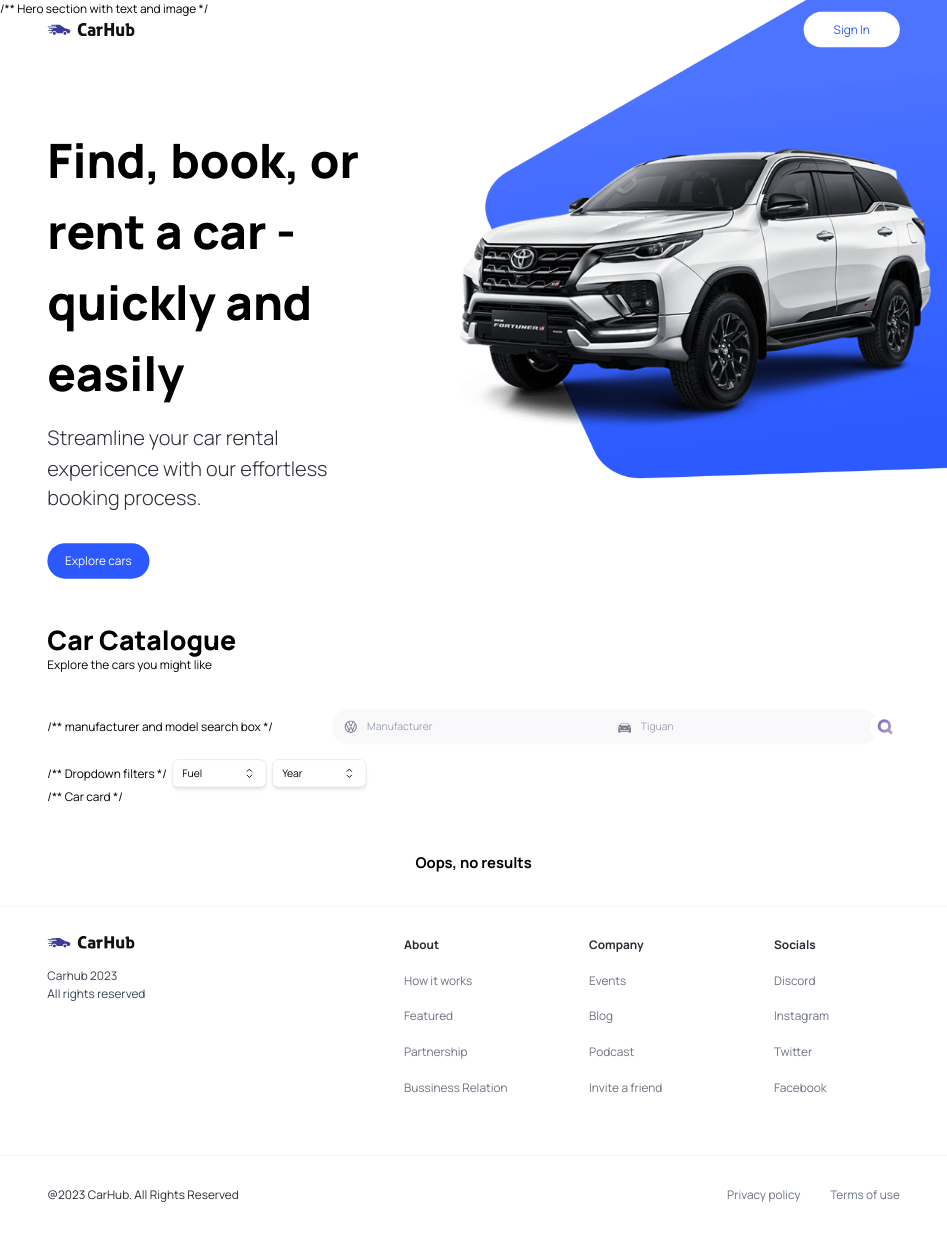
Repository: AmolPawar7181/CarHub
Page: /
The author's editor kept a copy of each file at every save. The page is drawn from the files as they stood at one save, then again after the next save.
The browser window is 1280 px wide. The pictures show the whole page, at 74% of full size.
The page's requests for data from a server got no answer. The project was rebuilt for these pictures with package versions that can differ from the ones it lists, and the page was loaded fresh each time. The framework's server and built-in components were replaced by stand-ins that run in the browser. No one was signed in, and anything a server would have sent is missing. Also part of the build but not shown: next.config.js, components/CarCard.tsx, components/CarDetails.tsx, components/ShowMore.tsx.

Above is the page before, as saved 2023-07-10 15:15:12.

### app/layout.tsx
import {Footer, Navbar} from '@/components';
import './globals.css';
import {Inter} from 'next/font/google';

const inter = Inter({subsets: ['latin']});

export const metadata = {
	title: 'Car Hub',
	description: 'Discover the best cars in the world.',
};

export default function RootLayout({children}: {children: React.ReactNode}) {
	return (
		<html lang='en'>
			<body className='relative'>
				<Navbar />
				{children}
				<Footer />
			</body>
		</html>
	);
}

### app/page.tsx
'use client';
import {CarCard, CustomFilter, Hero, SearchBar, ShowMore} from '@/components';
import {fuels, yearsOfProduction} from '@/constants';
import {fetchCars} from '@/utils';
import React, {useEffect, useState} from 'react';
import Image from 'next/image';
import {CarState} from '@/types';

export default function Home() {
	const [allCars, setAllCars] = useState<CarState>([]);
	const [loading, setLoading] = useState(false);
	// search states
	const [manufacturer, setManufacturer] = useState('');
	const [model, setModel] = useState('');

	// filter states
	const [fuel, setFuel] = useState('');
	const [year, setYear] = useState(2022);

	//pagination state
	const [limit, setLimit] = useState(10);

	// get cars from backend
	const getCars = async () => {
		setLoading(true);
		try {
			const result = await fetchCars({
				manufacturer: manufacturer || '',
				year: year || 2022,
				fuel: fuel || '',
				limit: limit || 10,
				model: model || '',
			});
			setAllCars(result);
		} catch (e) {
			console.log('error ', e);
		} finally {
			setLoading(false);
		}
	};

	useEffect(() => {
		getCars();
	}, [fuel, year, limit, manufacturer, model]);

	return (
		<main className='overflow-hidden'>
			/** Hero section with text and image */
			<Hero />
			<div className='mt-12 padding-x padding-y max-width' id='discover'>
				<div className='gome__text-container'>
					<h1 className='text-4xl font-extrabold'>Car Catalogue</h1>
					<p>Explore the cars you might like</p>
				</div>
				<div className='home__filters'>
					/** manufacturer and model search box */
					<SearchBar setManufacturer={setManufacturer} setModel={setModel} />
					<div className='home__filter-container'>
						/** Dropdown filters */
						<CustomFilter options={fuels} setFilter={setFuel} />
						<CustomFilter options={yearsOfProduction} setFilter={setYear} />
					</div>
				</div>
				/** Car card */
				{allCars.length > 0 ? (
					<section>
						<div className='home__cars-wrapper'>
							{allCars?.map((car, index) => (
								<CarCard car={car} key={car.model + index} />
							))}
						</div>
						{loading && (
							<div className='mt-16 w-full flex-center'>
								<Image
									src='/loader.svg'
									alt='loader'
									width={50}
									height={50}
									className='object-contain'
								/>
							</div>
						)}
						/* show more car button */
						<ShowMore
							pageNumber={limit / 10}
							isNext={limit > allCars.length}
							setLimit={setLimit}
						/>
					</section>
				) : (
					<div className='home__error-container'>
						<h2 className='text-black text-xl font-bold'>Oops, no results</h2>
						<p>{allCars?.message}</p>
					</div>
				)}
			</div>
		</main>
	);
}

### components/index.tsx
import Hero from './Hero';
import CustomButton from './CustomButton';
import Navbar from './Narbar';
import Footer from './Footer';
import SearchBar from './SearchBar';
import CustomFilter from './CustomFilter';
import SearchManufacturer from './SearchManufacturer';
import CarCard from './CarCard';
import CarDetails from './CarDetails';
import ShowMore from './ShowMore';

export {
	Hero,
	CustomButton,
	Navbar,
	Footer,
	SearchBar,
	CustomFilter,
	SearchManufacturer,
	CarCard,
	CarDetails,
	ShowMore,
};

### constants/index.ts
export const manufacturers = [
	'Acura',
	'Alfa Romeo',
	'Aston Martin',
	'Audi',
	'Bentley',
	'BMW',
	'Buick',
	'Cadillac',
	'Chevrolet',
	'Chrysler',
	'Citroen',
	'Dodge',
	'Ferrari',
	'Fiat',
	'Ford',
	'GMC',
	'Honda',
	'Hyundai',
	'Infiniti',
	'Jaguar',
	'Jeep',
	'Kia',
	'Lamborghini',
	'Land Rover',
	'Lexus',
	'Lincoln',
	'Maserati',
	'Mazda',
	'McLaren',
	'Mercedes-Benz',
	'MINI',
	'Mitsubishi',
	'Nissan',
	'Porsche',
	'Ram',
	'Rolls-Royce',
	'Subaru',
	'Tesla',
	'Toyota',
	'Volkswagen',
	'Volvo',
];

export const yearsOfProduction = [
	{title: 'Year', value: ''},
	{title: '2015', value: '2015'},
	{title: '2016', value: '2016'},
	{title: '2017', value: '2017'},
	{title: '2018', value: '2018'},
	{title: '2019', value: '2019'},
	{title: '2020', value: '2020'},
	{title: '2021', value: '2021'},
	{title: '2022', value: '2022'},
	{title: '2023', value: '2023'},
];

export const fuels = [
	{
		title: 'Fuel',
		value: '',
	},
	{
		title: 'Gas',
		value: 'Gas',
	},
	{
		title: 'Electricity',
		value: 'Electricity',
	},
];

export const footerLinks = [
	{
		title: 'About',
		links: [
			{title: 'How it works', url: '/'},
			{title: 'Featured', url: '/'},
			{title: 'Partnership', url: '/'},
			{title: 'Bussiness Relation', url: '/'},
		],
	},
	{
		title: 'Company',
		links: [
			{title: 'Events', url: '/'},
			{title: 'Blog', url: '/'},
			{title: 'Podcast', url: '/'},
			{title: 'Invite a friend', url: '/'},
		],
	},
	{
		title: 'Socials',
		links: [
			{title: 'Discord', url: '/'},
			{title: 'Instagram', url: '/'},
			{title: 'Twitter', url: '/'},
			{title: 'Facebook', url: '/'},
		],
	},
];

### utils/index.ts
import {CarProps, FilterProps} from '@/types';

export async function fetchCars(filters: FilterProps) {
	const {manufacturer, year, model, limit, fuel} = filters;
	const headers = {
		'X-RapidAPI-Key': process.env.NEXT_PUBLIC_RAPIDAPI_KEY,
		'X-RapidAPI-Host': 'cars-by-api-ninjas.p.rapidapi.com',
	};

	const response = await fetch(
		`https://cars-by-api-ninjas.p.rapidapi.com/v1/cars?make=${manufacturer}&year=${year}&model=${model}&limit=${limit}&fuel_type=${fuel}`,
		{headers: headers}
	);

	const result = await response.json();
	return result;
}

export const calculateCarRent = (city_mpg: number, year: number) => {
	const basePricePerDay = 50; // Base rental price per day in dollars
	const mileageFactor = 0.1; // Additional rate per mile driven
	const ageFactor = 0.05; // Additional rate per year of vehicle age

	// Calculate additional rate based on mileage and age
	const mileageRate = city_mpg * mileageFactor;
	const ageRate = (new Date().getFullYear() - year) * ageFactor;

	// Calculate total rental rate per day
	const rentalRatePerDay = basePricePerDay + mileageRate + ageRate;

	return rentalRatePerDay.toFixed(0);
};

export const generateCarImageUrl = (car: CarProps, angle?: string) => {
	const url = new URL('https://cdn.imagin.studio/getimage');
	const {make, model, year} = car;

	url.searchParams.append('customer', 'copyright-imaginstudio');
	url.searchParams.append('make', make);
	url.searchParams.append('modelFamily', model.split(' ')[0]);
	url.searchParams.append('zoomType', 'fullscreen');
	url.searchParams.append('modelYear', `${year}`);
	// url.searchParams.append('zoomLevel', zoomLevel);
	url.searchParams.append('angle', `${angle}`);

	return `${url}`;
};

export const updateSearchParams = (type: string, value: string) => {
	const searchParams = new URLSearchParams(window.location.search);
	searchParams.set(type, value);

	const newPathName = `${window.location.pathname}?${searchParams.toString()}`;

	return newPathName;
};

### components/Hero.tsx
'use client';
import Image from 'next/image';
import CustomButton from './CustomButton';

const Hero = () => {
	const handleScroll = () => {};
	return (
		<div className='hero'>
			<div className='flex-1 pt-36 padding-x'>
				<h1 className='hero__title'>
					Find, book, or rent a car - quickly and easily
				</h1>

				<p className='hero__subtitle'>
					Streamline your car rental expericence with our effortless booking
					process.
				</p>
				<CustomButton
					title='Explore cars'
					containerStyles='bg-primary-blue text-white rounded-full mt-10'
					handleClick={handleScroll}
				/>
			</div>
			<div className='hero__image-container'>
				<div className='hero__image'>
					<Image src='/hero.png' alt='Hero' fill className='object-contain' />
				</div>
				<div className='hero__image-overlay'></div>
			</div>
		</div>
	);
};

export default Hero;

### components/CustomButton.tsx
'use client';

import {CustomButtonProps} from '@/types';
import Image from 'next/image';

const CustomButton = ({
	title,
	containerStyles,
	handleClick,
	btnType,
	textStyles,
	rightIcon,
}: CustomButtonProps) => {
	return (
		<button
			disabled={false}
			type={btnType || 'button'}
			className={`custom-btn ${containerStyles}`}
			onClick={handleClick}
		>
			<span className={`flex-1 ${textStyles}`}>{title}</span>
			{rightIcon && (
				<div className='relative w-6 h-6'>
					<Image
						src={rightIcon}
						alt='right icon'
						fill
						className='object-contain'
					/>
				</div>
			)}
		</button>
	);
};

export default CustomButton;

### components/Narbar.tsx
import Link from 'next/link';
import Image from 'next/image';

import CustomButton from './CustomButton';

const Narbar = () => {
	return (
		<header className='w-full absolute z-10'>
			<nav className='max-w-[1440px] mx-auto flex justify-between items-center sm:px-16 px-6 py-4'>
				<Link href='/' className='flex justify-center items-center'>
					<Image
						src='/logo.svg'
						alt='Car hub logo'
						width={118}
						height={18}
						className='object-contain'
					/>
				</Link>
				<CustomButton
					title='Sign In'
					btnType='button'
					containerStyles='text-primary-blue rounded-full bg-white min-w-[130px]'
				/>
			</nav>
		</header>
	);
};

export default Narbar;

### components/Footer.tsx
import Image from 'next/image';
import Link from 'next/link';

import {footerLinks} from '@/constants';

const Footer = () => {
	return (
		<footer className='flex flex-col text-black-100 mt-5 border-t border-gray-100'>
			<div className='flex max-md:flex-col flex-wrap justify-between gap-5 sm:px-16 px-6 py-10'>
				<div className='flex flex-col justify-start items-start gap-6'>
					<Image
						src='/logo.svg'
						alt='logo'
						width={118}
						height={18}
						className='object-contain'
					/>
					<p className='text-base text-gray-700'>
						Carhub 2023 <br /> All rights reserved
					</p>
				</div>
				<div className='footer__links'>
					{footerLinks.map((link) => (
						<div key={link.title} className='footer__link'>
							<h3 className='font-bold'>{link.title}</h3>
							{link.links.map((item) => (
								<Link
									key={item.title}
									href={item.url}
									className='text-gray-500'
								>
									{item.title}
								</Link>
							))}
						</div>
					))}
				</div>
			</div>
			<div className='flex justify-between items-center flex-wrap mt-10 border-t border-gray-100 sm:px-16 px-6 py-10'>
				<p>@2023 CarHub. All Rights Reserved</p>
				<div className='footer__copyrights-link'>
					<Link href='/' className='text-gray-500'>
						Privacy policy
					</Link>
					<Link href='/' className='text-gray-500'>
						Terms of use
					</Link>
				</div>
			</div>
		</footer>
	);
};

export default Footer;

### components/SearchBar.tsx
'use client';

import React, {useState} from 'react';

import {SearchManufacturer} from './index';
import Image from 'next/image';
import {useRouter} from 'next/navigation';
import {SearchBarProps} from '@/types';

const SearchButton = ({otherClasses}: {otherClasses: string}) => (
	<button type='submit' className={`-ml-3 z-10 ${otherClasses}`}>
		<Image
			src='/magnifying-glass.svg'
			alt='magnifying glass'
			width={40}
			height={40}
			className='object-contain'
		/>
	</button>
);

const SearchBar = ({setManufacturer, setModel}: SearchBarProps) => {
	const [searchManufacturer, setSearchManufacturer] = useState('');
	const [searchModel, setSearchModel] = useState('');
	const router = useRouter();

	const handleSearch = (e: React.FormEvent<HTMLFormElement>) => {
		e.preventDefault();
		if (searchManufacturer === '' && searchModel === '') {
			return alert('Please fill in the search bar');
		}

		setModel(searchModel);
		setManufacturer(searchManufacturer);
	};

	return (
		<form className='searchbar' onSubmit={handleSearch}>
			<div className='searchbar__item'>
				<SearchManufacturer
					selected={searchManufacturer}
					setSelected={setSearchManufacturer}
				/>
				<SearchButton otherClasses='sm:hidden' />
			</div>
			<div className='searchbar__item'>
				<Image
					src='/model-icon.png'
					width={25}
					height={25}
					className='absolute w-[20px] h-[20px] ml-4'
					alt='Car model'
				/>
				<input
					type='text'
					name='model'
					value={searchModel}
					onChange={(e) => setSearchModel(e.target.value)}
					placeholder='Tiguan'
					className='searchbar__input'
				/>
				<SearchButton otherClasses='sm:hidden' />
			</div>
			<SearchButton otherClasses='max-sm:hidden' />
		</form>
	);
};

export default SearchBar;

### components/CustomFilter.tsx
'use client';
import {Fragment, useState} from 'react';
import Image from 'next/image';
import {Listbox, Transition} from '@headlessui/react';
import {CustomFilterProps} from '@/types';

export default function CustomFilter<T>({
	options,
	setFilter,
}: CustomFilterProps<T>) {
	const [menu, setMenu] = useState(options[0]);

	return (
		<div className='w-fit'>
			<Listbox
				value={menu}
				onChange={(e) => {
					setMenu(e);
					setFilter(e.value as unknown as T);
				}}
			>
				<div className='relative w-fit z-10'>
					<Listbox.Button className='custom-filter__btn'>
						<span className='block truncate'>{menu.title}</span>
						<Image
							src='/chevron-up-down.svg'
							width={20}
							height={20}
							className='ml-4 object-contain'
							alt='Chevron up down'
						/>
					</Listbox.Button>
					<Transition
						as={Fragment}
						leave='transition ease-in duration-100'
						leaveFrom='opacity-100'
						leaveTo='opacity-0'
					>
						<Listbox.Options className='custom-filter__options'>
							{options.map((option) => (
								<Listbox.Option
									key={option.title}
									value={option}
									className={({active}) =>
										`relative cursor-default select-none py-2 px-4 ${
											active ? 'bg-primary-blue text-white' : 'text-gray-900'
										}`
									}
								>
									{({selected}) => (
										<span
											className={`block truncate ${
												selected ? 'font-medium' : 'font-normal'
											}`}
										>
											{option.title}
										</span>
									)}
								</Listbox.Option>
							))}
						</Listbox.Options>
					</Transition>
				</div>
			</Listbox>
		</div>
	);
}

// export default CustomFilter;

### components/SearchManufacturer.tsx
'use client';
import Image from 'next/image';
import {Combobox, Transition} from '@headlessui/react';
import {Fragment, useState} from 'react';

import {SerachManufacturerProps} from '@/types';
import {manufacturers} from '@/constants';

const SearchManufacturer = ({
	selected,
	setSelected,
}: SerachManufacturerProps) => {
	const [query, setQuery] = useState('');

	const filteredManufactures =
		query === ''
			? manufacturers
			: manufacturers.filter((item) =>
					item
						.toLowerCase()
						.replace(/\s+/g, '')
						.includes(query.toLowerCase().replace(/\s+/g, ''))
			  );

	return (
		<div className='search-manufacturer'>
			<Combobox value={selected} onChange={setSelected}>
				<div className='relative w-full'>
					<Combobox.Button className='absolute top-[14px]'>
						<Image
							src='/car-logo.svg'
							width={20}
							height={20}
							className='ml-4'
							alt='Car Logo'
						/>
					</Combobox.Button>

					<Combobox.Input
						className='search-manufacturer__input'
						placeholder='Manufacturer'
						displayValue={(item: string) => item}
						onChange={(e) => setQuery(e.target.value)}
					/>

					<Transition
						as={Fragment}
						leave='transition ease-in duration-100'
						leaveFrom='opacity-100'
						leaveTo='opacity-0'
						afterLeave={() => setQuery('')}
					>
						<Combobox.Options>
							{filteredManufactures.map((item) => (
								<Combobox.Option
									key={item}
									className={({active}) =>
										`relative search-manufacturer__option ${
											active ? 'bg-primary-blue text-white' : 'text-gray-900'
										} `
									}
									value={item}
								>
									{({selected, active}) => (
										<>
											<span
												className={`block truncate ${
													selected ? 'font-medium' : 'font-normal'
												}`}
											>
												{item}
											</span>
											{selected ? (
												<span
													className={`absolute inset-y-0 left-0 flex items-center pl-3 ${
														active ? 'text-white' : 'text-teal-600'
													}`}
												></span>
											) : null}
										</>
									)}
								</Combobox.Option>
							))}
						</Combobox.Options>
					</Transition>
				</div>
			</Combobox>
		</div>
	);
};

export default SearchManufacturer;

Loaded but not shown: tailwind.config.js (34 lines, source omitted); app/globals.css (219 lines, source omitted)

After the next save:
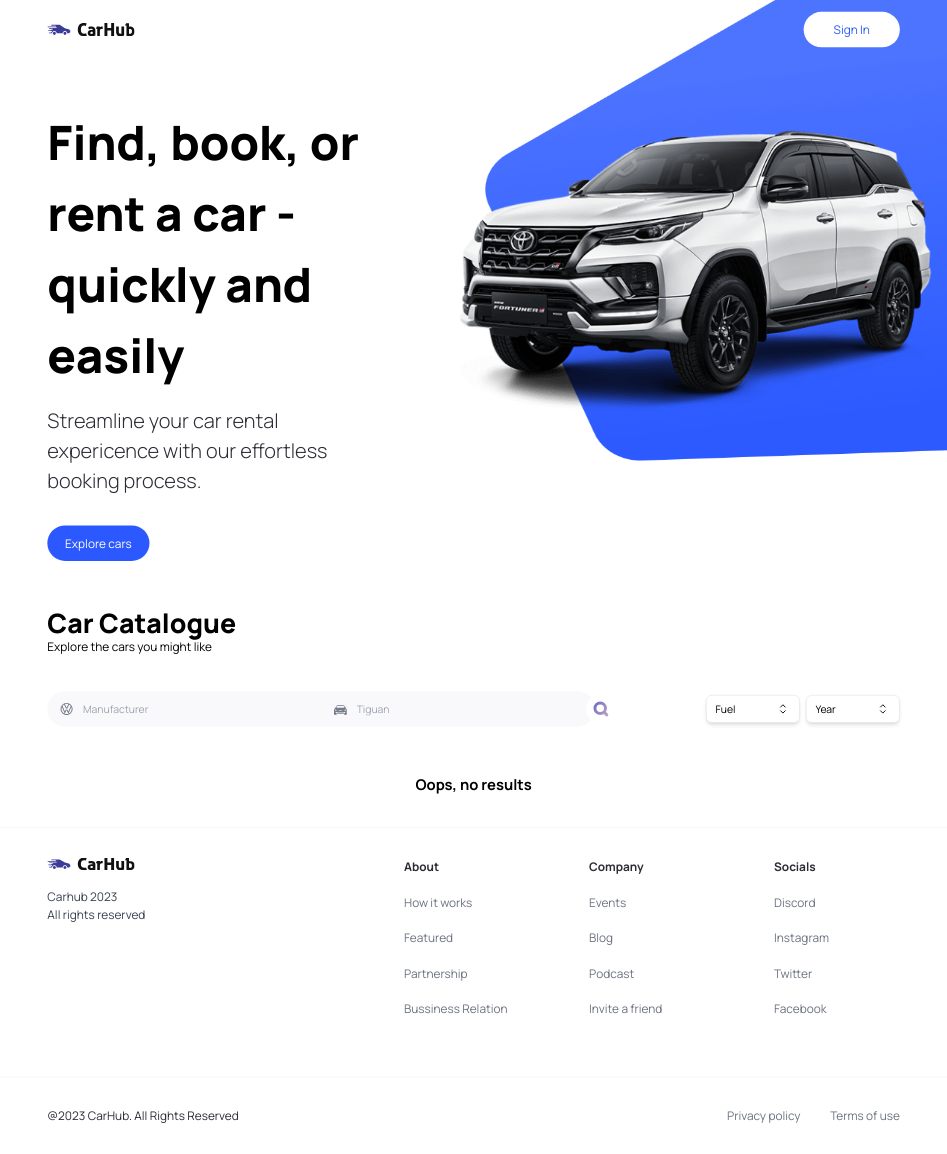
Saved 4 min 8 s later.
--- a/app/page.tsx
+++ b/app/page.tsx
@@ -45,7 +45,7 @@
 
 	return (
 		<main className='overflow-hidden'>
-			/** Hero section with text and image */
+			{/** Hero section with text and image */}
 			<Hero />
 			<div className='mt-12 padding-x padding-y max-width' id='discover'>
 				<div className='gome__text-container'>
@@ -53,15 +53,15 @@
 					<p>Explore the cars you might like</p>
 				</div>
 				<div className='home__filters'>
-					/** manufacturer and model search box */
+					{/** manufacturer and model search box */}
 					<SearchBar setManufacturer={setManufacturer} setModel={setModel} />
 					<div className='home__filter-container'>
-						/** Dropdown filters */
+						{/** Dropdown filters */}
 						<CustomFilter options={fuels} setFilter={setFuel} />
 						<CustomFilter options={yearsOfProduction} setFilter={setYear} />
 					</div>
 				</div>
-				/** Car card */
+				{/** Car card */}
 				{allCars.length > 0 ? (
 					<section>
 						<div className='home__cars-wrapper'>
@@ -80,7 +80,7 @@
 								/>
 							</div>
 						)}
-						/* show more car button */
+						{/* show more car button */}
 						<ShowMore
 							pageNumber={limit / 10}
 							isNext={limit > allCars.length}
